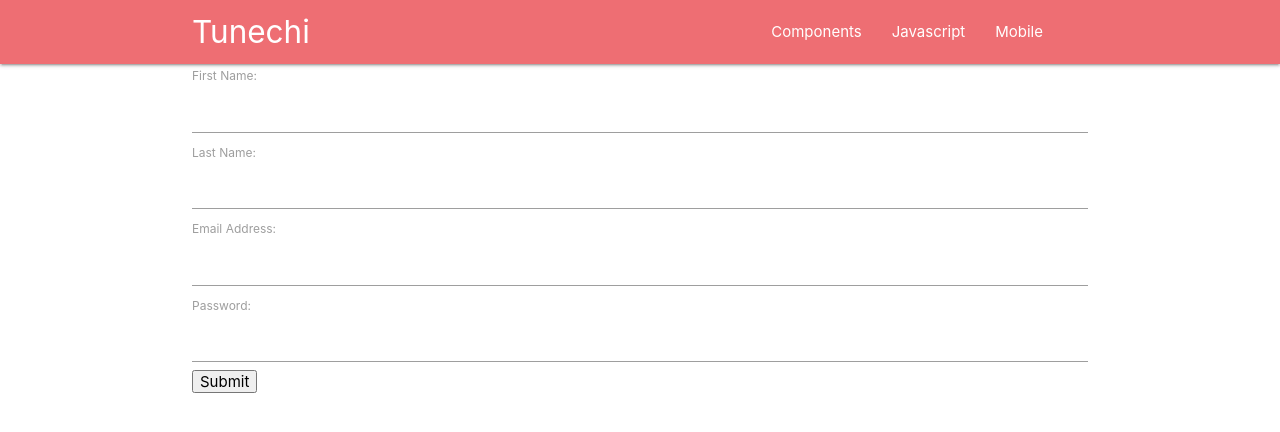
Repository: lamilekan263/contactKeep
Page: index.html
An editor plug-in stored every save of this project. The page is shown before and after the next save, followed by the edit.
The browser window is 1280 px wide. The pictures show the whole page.

Above is the page before, as saved 2020-09-12 08:48:40.

### index.html
<!DOCTYPE html>
<html lang="en">
<head>
    <meta charset="UTF-8">
    <meta name="viewport" content="width=device-width, initial-scale=1.0">
    <link rel="stylesheet" href="https://cdnjs.cloudflare.com/ajax/libs/materialize/1.0.0/css/materialize.min.css">
    <title>Pure Javascript Form</title>
</head>
<body>


  <nav>
      <div class="container">
        <div class="nav-wrapper">
        <a href="#!" class="brand-logo">Tunechi</a>
        <a href="#" data-target="mobile-demo" class="sidenav-trigger"><i class="material-icons">menu</i></a>
        <ul class="right hide-on-med-and-down">
            <li><a href="sass.html"></a></li>
            <li><a href="badges.html">Components</a></li>
            <li><a href="collapsible.html">Javascript</a></li>
            <li><a href="mobile.html">Mobile</a></li>
        </ul>
        </div>
    </div>
  </nav>

  <ul class="sidenav" id="mobile-demo">
    <li><a href="sass.html">Sass</a></li>
    <li><a href="badges.html">Components</a></li>
    <li><a href="collapsible.html">Javascript</a></li>
    <li><a href="mobile.html">Mobile</a></li>
  </ul>

    <div class="container">
        <form id="form-given">
            <div>
                <label for="first-name">First Name:</label>
                <input type="text" name="first-name">
            </div>
            <div>
                <label for="name">Last Name:</label>
                <input type="text" name="last-name">
            </div>
            <div>
                <label for="email">Email Address:</label>
                <input type="text" name="email">
            </div>
            <div>
                <label for="email">Password:</label>
                <input type="password" name="password">
            </div>
            <button>Submit</button>
        </form>
    </div>
    <script src="https://cdnjs.cloudflare.com/ajax/libs/materialize/1.0.0/js/materialize.min.js"></script>
    <script src="main.js"></script>
</body>
</html>

### main.js
// materialize side nav for mobile

document.addEventListener('DOMContentLoaded', function() {
    var elems = document.querySelectorAll('.sidenav');
    var instances = M.Sidenav.init(elems);
  });
const form = document.querySelector('#form-given');

form.addEventListener('submit', (e) =>{
    e.preventDefault();
    const firstName = form['first-name'].value;
    const lastName = form['last-name'].value
    const email = form['email'].value
    const password = form['password'].value
    console.log(`first Name = ${firstName} Last Name = ${lastName} Email = ${email} password = ${password}`)

    form.reset();
})

After the next save:
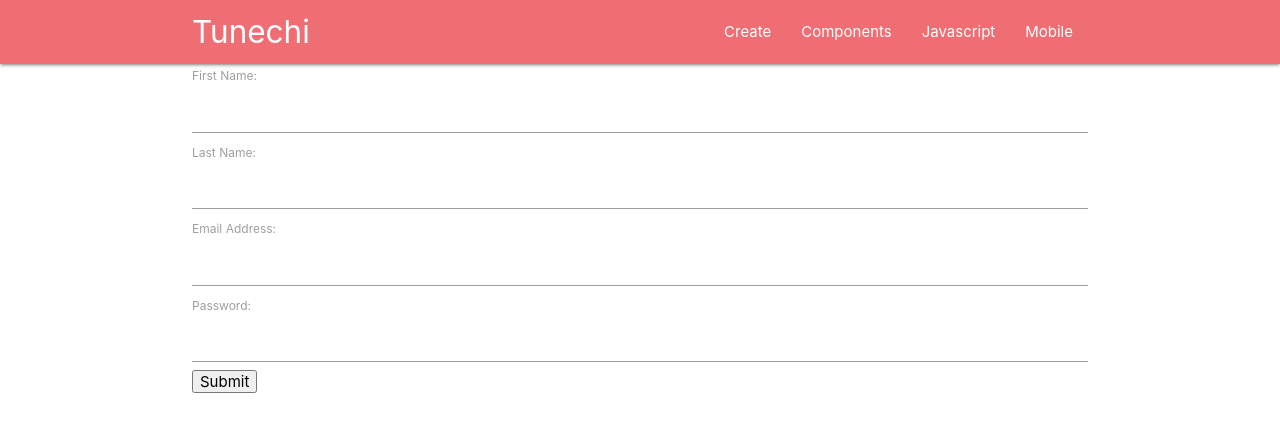
Saved 4 s later.
--- a/index.html
+++ b/index.html
@@ -15,7 +15,7 @@
         <a href="#!" class="brand-logo">Tunechi</a>
         <a href="#" data-target="mobile-demo" class="sidenav-trigger"><i class="material-icons">menu</i></a>
         <ul class="right hide-on-med-and-down">
-            <li><a href="sass.html"></a></li>
+            <li><a href="sass.html">Create</a></li>
             <li><a href="badges.html">Components</a></li>
             <li><a href="collapsible.html">Javascript</a></li>
             <li><a href="mobile.html">Mobile</a></li>
